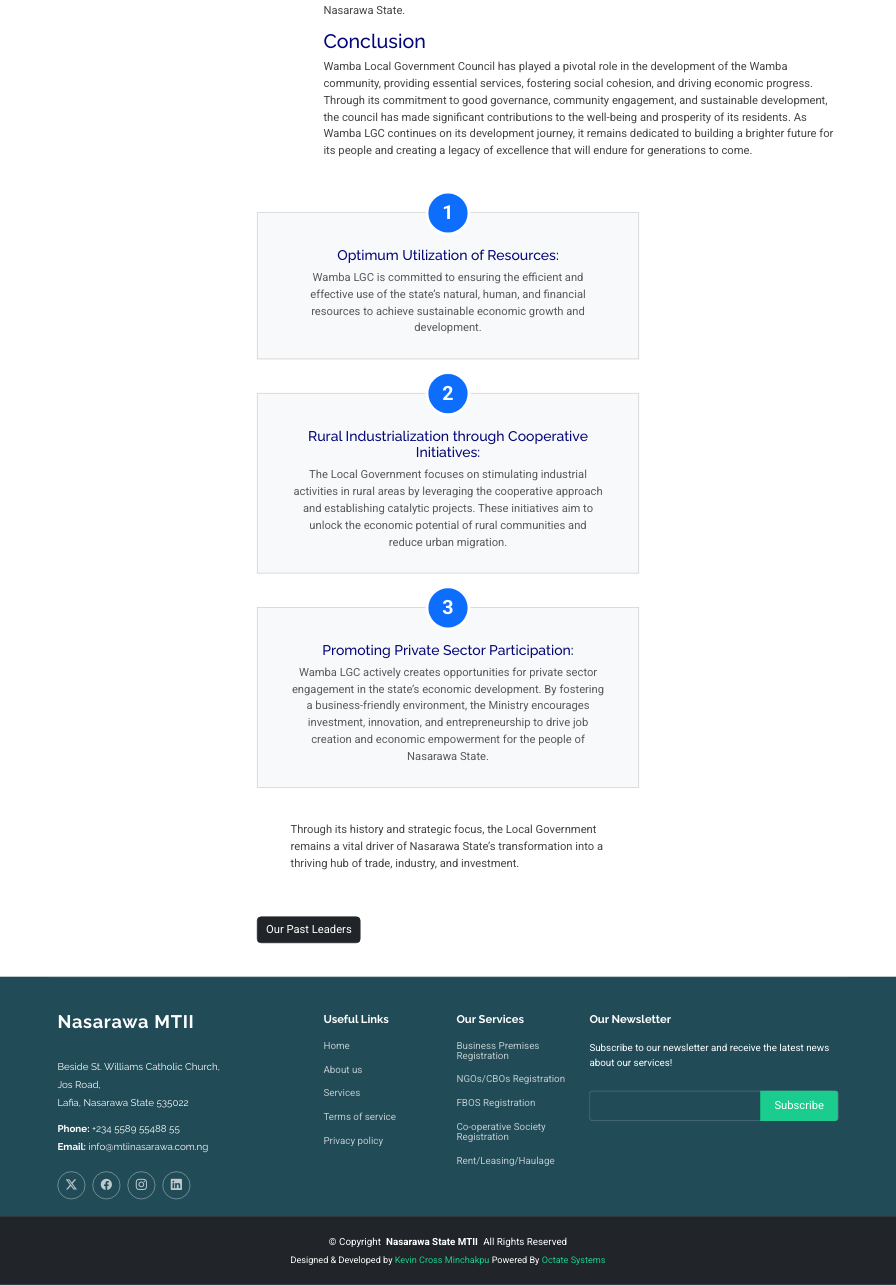
Repository: GlorifiedIntel/wamba-lgc
Page: wamba-history.html
The author's editor kept a copy of each file at every save. The page is drawn from the files as they stood at one save, then again after the next save.
The browser window is 1280 px wide. The pictures show the part of the page from y = 2035 to 3955 px (the page is 3871 px tall before and 4101 px after), at 70% of full size.

Above is the page before, as saved 2025-02-06 03:11:35.
Console error: TypeError: Cannot read properties of null (reading 'click')

### wamba-history.html
<!DOCTYPE html>
<html lang="en">

<head>
  <meta charset="utf-8">
  <meta http-equiv="X-UA-Compatible" content="IE=edge">
  <meta name="viewport" content="width=device-width, initial-scale=1.0">
  <meta name="format-detection" content="telephone=no">
  <meta name="apple-mobile-web-app-capable" content="yes">
  <meta name="author" content="Kevin Cross Minchakpu">
  <meta name="keywords" content="MTII, Nasarawa, Industry, Trade, Investment, Entrepreneur">
  <meta name="description" content="The Nasarawa State Ministry of Trade, Industry, and Investment promotes economic growth through trade, industrialization, and investment. It supports local industries, attracts investments, and fosters innovation to boost competitiveness and diversify the economy.">

  <!-- Favicons -->
  <link href="assets/img/favicon.png" rel="icon">
  <link href="assets/img/apple-touch-icon.png" rel="apple-touch-icon">

  <!-- Fonts -->
  <link href="https://fonts.googleapis.com" rel="preconnect">
  <link href="https://fonts.gstatic.com" rel="preconnect" crossorigin>
  <link href="https://fonts.googleapis.com/css2?family=Roboto:ital,wght@0,100;0,300;0,400;0,500;0,700;0,900;1,100;1,300;1,400;1,500;1,700;1,900&family=Poppins:ital,wght@0,100;0,200;0,300;0,400;0,500;0,600;0,700;0,800;0,900;1,100;1,200;1,300;1,400;1,500;1,600;1,700;1,800;1,900&family=Raleway:ital,wght@0,100;0,200;0,300;0,400;0,500;0,600;0,700;0,800;0,900;1,100;1,200;1,300;1,400;1,500;1,600;1,700;1,800;1,900&display=swap" rel="stylesheet">

  <!-- Vendor CSS Files -->
  <link href="assets/vendor/bootstrap/css/bootstrap.min.css" rel="stylesheet">
  <link href="assets/vendor/bootstrap-icons/bootstrap-icons.css" rel="stylesheet">
  <link href="assets/vendor/aos/aos.css" rel="stylesheet">
  <link href="assets/vendor/glightbox/css/glightbox.min.css" rel="stylesheet">
  <link href="assets/vendor/swiper/swiper-bundle.min.css" rel="stylesheet">

  <!-- Main CSS File -->
  <link href="assets/css/main.css" rel="stylesheet">
</head>

<body class="index-page">
  <header id="header" class="header d-flex align-items-center fixed-top bg-dark">
    <div class="container-fluid container-xl position-relative d-flex align-items-center justify-content-between">
      <a href="index.html" class="logo d-flex align-items-center">
        <img src="assets/img/logo.png" alt="" >
      </a>
      <nav id="navmenu" class="navmenu">
        <ul>
          <li><a href="index.html">Home</a></li>
          <li class="dropdown"><a href="about-mtii.html" class="active"><span>About</span> <i class="bi bi-chevron-down toggle-dropdown"></i></a>
            <ul>
              <li><a href="about-mtii.html">Nasarawa MTII</a></li>
                  <li><a href="mtii-history.html">MTII History</a></li>
                  <li><a href="the-commissioner.html" >The Commissioner</a></li>
                  <li><a href="the-secretary.html" >The Permanent Secretary</a></li>
                  <li><a href="directors.html" >Our Directors</a></li>
                  <li><a href="contact-us.html" >Our Contact</a></li>
            </ul>
          </li>

          <li class="dropdown"><a href="business-reforms.html"><span>Business Enabling Reforms</span> <i class="bi bi-chevron-down toggle-dropdown"></i></a>
            <ul>
              <li><a href="business-plans.html">Business Enabling Action Plan</a></li>
                  <li><a href="grievance.html">Grievance Redress Mechanism</a></li>
                  <li><a href="application-guidelines.html" >Application Guidelines</a></li>
                  <li><a href="legal-framework.html" >Legal Framework</a></li>
                  <li><a href="investment-opportunities.html" >Investment Opportunities</a></li>
            </ul>
          </li>

          <li class="dropdown"><a href="departments.html"><span>Departments</span> <i class="bi bi-chevron-down toggle-dropdown"></i></a>
            <ul>
              <li><a href="admin.html">Administration & Supply</a></li>
              <li><a href="cooperative.html">Cooperative & Thrift</a></li>
              <li><a href="finance.html">Finance & Account</a></li>
              <li><a href="investment.html">Industry & Investment</a></li>
              <li><a href="planning.html">Planning/Research/Statistics</a></li>
              <li><a href="trade.html">Trade</a></li>
            </ul>
          </li>

          <li class="dropdown"><a href="projects.html"><span>Projects</span> <i class="bi bi-chevron-down toggle-dropdown"></i></a>
            <ul>
              <li><a href="completed.html">Completed Projects</a></li>
                  <li><a href="ongoing.html">Ongoing Projects</a></li>
                  <li><a href="proposed.html" >Proposed Projects</a></li>
            </ul>
          </li>

          <li class="dropdown"><a href="registration.html"><span>Registration</span> <i class="bi bi-chevron-down toggle-dropdown"></i></a>
            <ul>
              <li><a href="howtoregister.html">How To Register</a></li>
                  <li><a href="online-registration.html">Online Registration</a></li>
                  <li><a href="businame-name.html" >Business Name Registration</a></li>
                  <li><a href="business-premises.html" >Business Premises Registration</a></li>
                  <li><a href="faqs.html" >FAQs</a></li>
            </ul>
          </li>
        </ul>
        <i class="mobile-nav-toggle d-xl-none bi bi-list"></i>
      </nav>

    </div>
  </header>

  <main class="main">

    <!-- Page Title -->
    <div class="page-title dark-background" data-aos="fade">
      <div class="heading">
        <div class="container">
          <div class="row d-flex justify-content-center text-center">
            <div class="col-lg-8">
              <h1>Our History</h1>
              <p class="mb-0">The Ministry of Trade, Industry, and Investment (MTII) was established following the creation of Nasarawa State on October 1, 1996, by the then Military Head of State, General Sani Abacha. Since its inception, the Ministry has been at the forefront of driving economic growth and development within the state.</p>
            </div>
          </div>
        </div>
      </div>
      <nav class="breadcrumbs">
        <div class="container">
          <ol>
            <li><a href="index.html">Home</a></li>
            <li><a href="about-mtii.html">About Wamba LGC</a></li>
            <li class="current">Our History</li>
          </ol>
        </div>
      </nav>
    </div><!-- End Page Title -->
    <section id="starter-section" class="starter-section section">
      <div class="container text-center">
        <div class="row justify-content-start">
          <div class="col-md-4 left-column">
            <div class="mtii-vertical-menu">
              <a href="about-mtii.html" class="active">About Wamba LGC</a>
              <a href="about-mtii.html">Our Mission</a>
              <a href="the-commissioner.html">The Executive Chairman</a>
              <a href="the-deputy.html">The Deputy Chairman</a>
              <a href="the-secretary.html">The Secretary</a>
              <a href="departments.html">Departments</a>
              <a href="registration-fee.html">Registration Fees</a>
              <a href="online-registration.html">Registration</a>
              <a href="strategic-plans.html">Strategic Plan</a>
              <a href="climate-change.html">Climate change Information Hub</a>
              <a href="our-history.html">Our History</a>
              <a href="our-policies.html">Our Policies</a>
              <a href="contact-us.html">Contact Us</a>
            </div>
          </div>
          <div class="col-md-8 right-column text-start">
            <h2>Our History</h2>
            <h3>Creation and Early Years</h3>
            <p>Wamba Local Government Council (LGC) was established in [insert year of creation, if known], as part of the broader local government reforms in Nigeria aimed at bringing governance closer to the people. Located in Nasarawa State, Wamba LGC was carved out to serve the administrative, social, and economic needs of the Wamba community, which is predominantly inhabited by diverse ethnic groups, including the Rindre, Kantana people, among others. The creation of the LGC was a significant milestone in the region’s development, providing a platform for grassroots governance and community-driven progress.            </p>
          <h3>Early Development and Challenges</h3>
          <p>In its early years, Wamba LGC faced numerous challenges, including limited infrastructure, inadequate public services, and a lack of economic opportunities. The council focused on establishing basic administrative structures, improving access to education and healthcare, and fostering unity among the diverse ethnic groups within its jurisdiction. Despite limited resources, the LGC made strides in promoting peace and cooperation among its communities, laying the foundation for future growth.</p>
          <h3>Socio-Economic Growth</h3>
          <p>Over the years, Wamba LGC has experienced significant socio-economic growth, driven by strategic development initiatives and community-driven projects. The council has prioritized infrastructure development, education, healthcare, and agriculture to improve the quality of life for its residents. Through partnerships with government agencies, non-profit organizations, and private sector stakeholders, Wamba LGC has implemented programs to address poverty, unemployment, and social inequality, fostering inclusive growth and sustainable development.</p>
          <h3>Cultural Heritage and Community Life</h3>
          <p>Wamba LGC is renowned for its rich cultural heritage, with traditional festivals, dances, and ceremonies playing a central role in community life. The council has consistently supported efforts to preserve and promote this heritage, fostering a sense of pride and identity among its people. Cultural events have also served as a platform for promoting unity and peaceful coexistence among the diverse ethnic groups in the area.          </p>
          <h3>Recent Developments and Achievements</h3>
          <p>In recent years, Wamba LGC has made significant progress in addressing key challenges and advancing its development agenda. The council has embraced technology and innovation to improve service delivery and governance. Efforts have been made to enhance education and healthcare services, with the construction of new schools and health centers. Infrastructure development has remained a priority, with ongoing projects to improve road networks and provide access to clean water and electricity.          </p>
        <h3>Environmental Sustainability</h3>
        <p>Wamba LGC is committed to environmental sustainability and has implemented initiatives to protect its natural resources and promote eco-friendly practices. The council has supported tree planting campaigns, waste management programs, and renewable energy projects to mitigate the impact of climate change and preserve the region’s biodiversity. By promoting environmental awareness and conservation, Wamba LGC is working to create a greener and more sustainable future for its residents.</p>
        <h3>Community Engagement and Governance</h3>
        <p>Community engagement and participatory governance are central to Wamba LGC’s development approach. The council has established mechanisms for citizen participation, feedback, and collaboration to ensure that community needs and priorities are reflected in its policies and programs. Through town hall meetings, community forums, and stakeholder consultations, Wamba LGC has fostered a culture of transparency, accountability, and inclusivity in its decision-making processes.</p>
        <h3>Vision for the Future</h3>
        <p>Looking ahead, Wamba LGC is committed to building on its achievements and addressing emerging challenges to realize its vision for the future. The council aims to promote sustainable development, economic growth, and social inclusion, guided by principles of equity, justice, and integrity. By harnessing the creativity, resilience, and potential of its people, Wamba LGC seeks to create a vibrant, prosperous, and harmonious community that serves as a model of excellence and innovation in Nasarawa State.</p>
        <h3>Conclusion</h3>
        <p>Wamba Local Government Council has played a pivotal role in the development of the Wamba community, providing essential services, fostering social cohesion, and driving economic progress. Through its commitment to good governance, community engagement, and sustainable development, the council has made significant contributions to the well-being and prosperity of its residents. As Wamba LGC continues on its development journey, it remains dedicated to building a brighter future for its people and creating a legacy of excellence that will endure for generations to come.</p></div>

      </div>
      </div>
    </section><!-- /Starter Section Section -->
    <div class="container">
       <div class="row justify-content-center">
			<div class="col-md-6">
				<!-- Step -->
        <div class="card rounded-0 text-center p-3 bg-light px-5 mb-5">
					<div class="d-flex rounded-circle mx-auto align-items-center justify-content-center text-white fs-3 fw-bold bg-primary border border-white border-4" style="width: 4rem; height:4rem; margin-top: -3rem;">
						1
					</div>
					<h5 class="mt-3">Optimum Utilization of Resources:</h5>
					<p class="text-muted">Wamba LGC is committed to ensuring the efficient and effective use of the state’s natural, human, and financial resources to achieve sustainable economic growth and development.</p>
				</div>
				<!-- Step -->
				<div class="card rounded-0 text-center p-3 bg-light px-5 mb-5">
					<div class="d-flex rounded-circle mx-auto align-items-center justify-content-center text-white fs-3 fw-bold bg-primary border border-white border-4" style="width: 4rem; height:4rem; margin-top: -3rem;">
						2
					</div>
					<h5 class="mt-3">Rural Industrialization through Cooperative Initiatives:</h5>
					<p class="text-muted">The Local Government focuses on stimulating industrial activities in rural areas by leveraging the cooperative approach and establishing catalytic projects. These initiatives aim to unlock the economic potential of rural communities and reduce urban migration.</p>
				</div>
				<!-- Step -->
				<div class="card rounded-0 text-center p-3 bg-light px-5 mb-5">
					<div class="d-flex rounded-circle mx-auto align-items-center justify-content-center text-white fs-3 fw-bold bg-primary border border-white border-4" style="width: 4rem; height:4rem; margin-top: -3rem;">
						3
					</div>
					<h5 class="mt-3">Promoting Private Sector Participation:</h5>
					<p class="text-muted">Wamba LGC actively creates opportunities for private sector engagement in the state’s economic development. By fostering a business-friendly environment, the Ministry encourages investment, innovation, and entrepreneurship to drive job creation and economic empowerment for the people of Nasarawa State.</p>
				</div>
        <p class="mx-5">Through its history and strategic focus, the Local Government remains a vital driver of Nasarawa State’s transformation into a thriving hub of trade, industry, and investment.</p>
        <a class="btn btn-dark my-5 align-items-center" href="#" role="button">Our Past Leaders</a>
      </div>
      <div >
     </div>
		</div>
	</div>
    </main>
  <!--Main End-->

<!--Footer Start-->
<footer id="footer" class="footer dark-background">

  <div class="container footer-top">
    <div class="row gy-4">
      <div class="col-lg-4 col-md-6 footer-about">
        <a href="index.html" class="logo d-flex align-items-center">
          <span class="sitename">Nasarawa MTII</span>
        </a>
        <div class="footer-contact pt-3">
          <p>Beside St. Williams Catholic Church,</p>
          <p>Jos Road,</p>
          <p>Lafia, Nasarawa State 535022</p>
          <p class="mt-3"><strong>Phone:</strong> <span>+234 5589 55488 55</span></p>
          <p><strong>Email:</strong> <span>info@mtiinasarawa.com.ng</span></p>
        </div>
        <div class="social-links d-flex mt-4">
          <a href=""><i class="bi bi-twitter-x"></i></a>
          <a href=""><i class="bi bi-facebook"></i></a>
          <a href=""><i class="bi bi-instagram"></i></a>
          <a href=""><i class="bi bi-linkedin"></i></a>
        </div>
      </div>

      <div class="col-lg-2 col-md-3 footer-links">
        <h4>Useful Links</h4>
        <ul>
          <li><a href="index.html">Home</a></li>
          <li><a href="about-mtii.html">About us</a></li>
          <li><a href="services.html">Services</a></li>
          <li><a href="terms-of-use.html">Terms of service</a></li>
          <li><a href="privacy-policy.html">Privacy policy</a></li>
        </ul>
      </div>

      <div class="col-lg-2 col-md-3 footer-links">
        <h4>Our Services</h4>
        <ul>
          <li><a href="business-premises.html">Business Premises Registration</a></li>
          <li><a href="ngo-cbo-registration.html">NGOs/CBOs Registration</a></li>
          <li><a href="fbo-registration.html">FBOS Registration</a></li>
          <li><a href="cooperative-registration.html">Co-operative Society Registration</a></li>
          <li><a href="rent.html">Rent/Leasing/Haulage</a></li>
        </ul>
      </div>

      <div class="col-lg-4 col-md-12 footer-newsletter">
        <h4>Our Newsletter</h4>
        <p>Subscribe to our newsletter and receive the latest news about our services!</p>
        <form action="forms/newsletter.php" method="post" class="php-email-form">
          <div class="newsletter-form"><input type="email" name="email"><input type="submit" value="Subscribe"></div>
          <div class="loading">Loading</div>
          <div class="error-message"></div>
          <div class="sent-message">Your subscription request has been sent. Thank you!</div>
        </form>
      </div>

    </div>
  </div>

  <div class="container-fluid copyright text-center mt-4 bg-dark">
    <p>© <span>Copyright</span> <strong class="px-1 sitename">Nasarawa State MTII</strong> <span>All Rights Reserved</span></p>
    <div class="credits">
      Designed & Developed by <a href="https://kevinomics.com/">Kevin Cross Minchakpu</a> Powered By <a href="https://octatesystems.com">Octate Systems</a>
    </div>
  </div>

</footer>

<!-- Scroll Top -->

<button id="scroll-top" class="scroll-top d-flex bg-dark align-items-center justify-content-center"><i class="bi bi-arrow-up-short"></i></button>
<!-- Preloader -->
<div id="preloader"></div>

<!-- Vendor JS Files -->
<script src="assets/vendor/bootstrap/js/bootstrap.bundle.min.js"></script>
<script src="assets/vendor/php-email-form/validate.js"></script>
<script src="assets/vendor/aos/aos.js"></script>
<script src="assets/vendor/glightbox/js/glightbox.min.js"></script>
<script src="assets/vendor/purecounter/purecounter_vanilla.js"></script>
<script src="assets/vendor/swiper/swiper-bundle.min.js"></script>

<!-- Main JS File -->
<script src="assets/js/main.js"></script>
<script src="assets/js/reforms.js"></script>

</body>

</html>

Loaded but not shown: assets/vendor/bootstrap/css/bootstrap.min.css (library); assets/vendor/bootstrap-icons/bootstrap-icons.css (library); assets/vendor/aos/aos.css (library); assets/vendor/glightbox/css/glightbox.min.css (library); assets/vendor/swiper/swiper-bundle.min.css (library); assets/vendor/bootstrap/js/bootstrap.bundle.min.js (library); assets/vendor/php-email-form/validate.js (common file); assets/vendor/aos/aos.js (library); assets/vendor/glightbox/js/glightbox.min.js (library); assets/vendor/purecounter/purecounter_vanilla.js (library); assets/vendor/swiper/swiper-bundle.min.js (library); assets/js/main.js (181 lines, source omitted); assets/js/reforms.js (43 lines, source omitted); assets/css/main.css (1741 lines, source omitted)

After the next save:
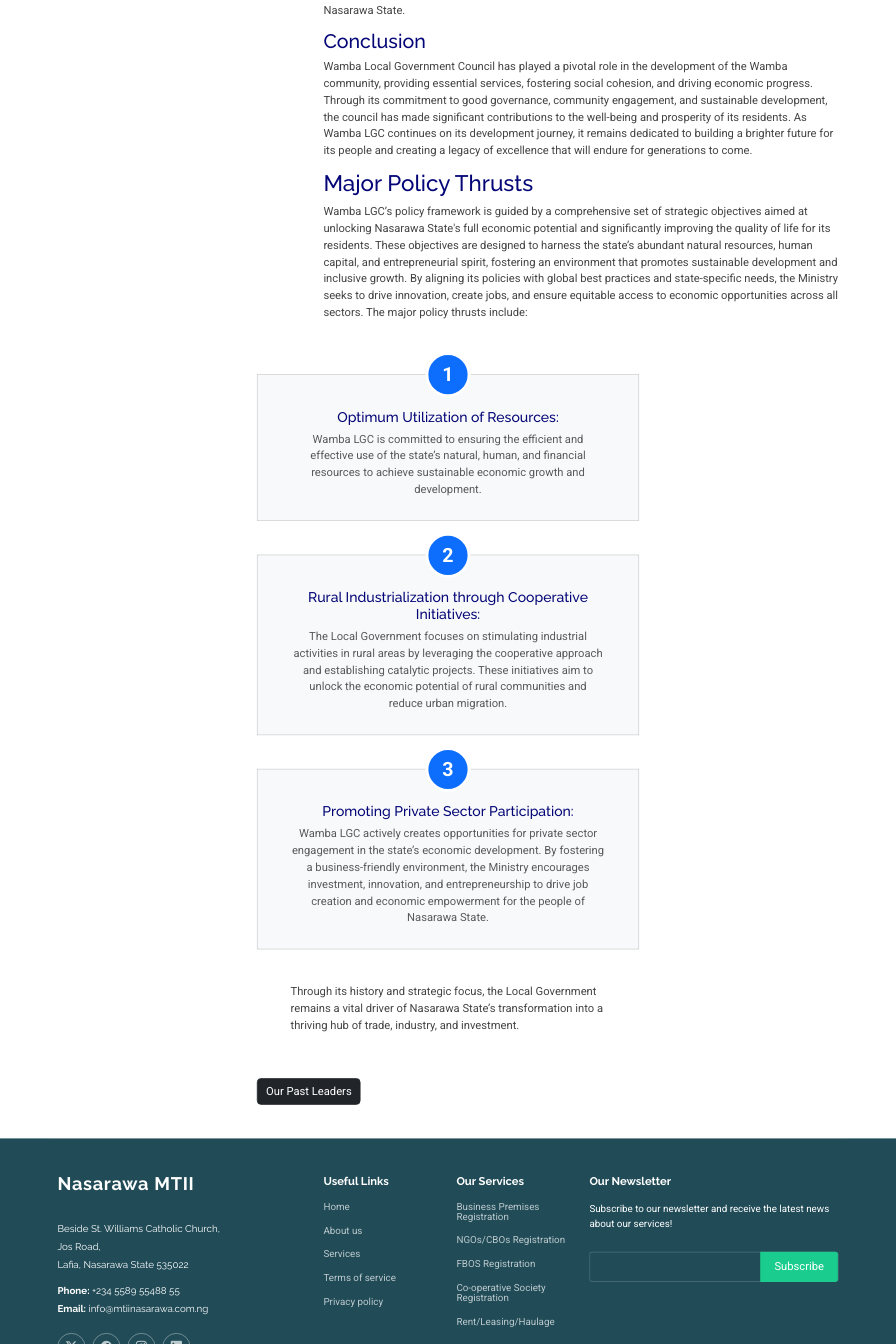
Saved 36 s later.
--- a/wamba-history.html
+++ b/wamba-history.html
@@ -159,7 +159,9 @@
         <h3>Vision for the Future</h3>
         <p>Looking ahead, Wamba LGC is committed to building on its achievements and addressing emerging challenges to realize its vision for the future. The council aims to promote sustainable development, economic growth, and social inclusion, guided by principles of equity, justice, and integrity. By harnessing the creativity, resilience, and potential of its people, Wamba LGC seeks to create a vibrant, prosperous, and harmonious community that serves as a model of excellence and innovation in Nasarawa State.</p>
         <h3>Conclusion</h3>
-        <p>Wamba Local Government Council has played a pivotal role in the development of the Wamba community, providing essential services, fostering social cohesion, and driving economic progress. Through its commitment to good governance, community engagement, and sustainable development, the council has made significant contributions to the well-being and prosperity of its residents. As Wamba LGC continues on its development journey, it remains dedicated to building a brighter future for its people and creating a legacy of excellence that will endure for generations to come.</p></div>
+        <p>Wamba Local Government Council has played a pivotal role in the development of the Wamba community, providing essential services, fostering social cohesion, and driving economic progress. Through its commitment to good governance, community engagement, and sustainable development, the council has made significant contributions to the well-being and prosperity of its residents. As Wamba LGC continues on its development journey, it remains dedicated to building a brighter future for its people and creating a legacy of excellence that will endure for generations to come.</p>
+        <h2>Major Policy Thrusts</h2>
+          <p>Wamba LGC’s policy framework is guided by a comprehensive set of strategic objectives aimed at unlocking Nasarawa State's full economic potential and significantly improving the quality of life for its residents. These objectives are designed to harness the state’s abundant natural resources, human capital, and entrepreneurial spirit, fostering an environment that promotes sustainable development and inclusive growth. By aligning its policies with global best practices and state-specific needs, the Ministry seeks to drive innovation, create jobs, and ensure equitable access to economic opportunities across all sectors. The major policy thrusts include:</p>
 
       </div>
       </div>
